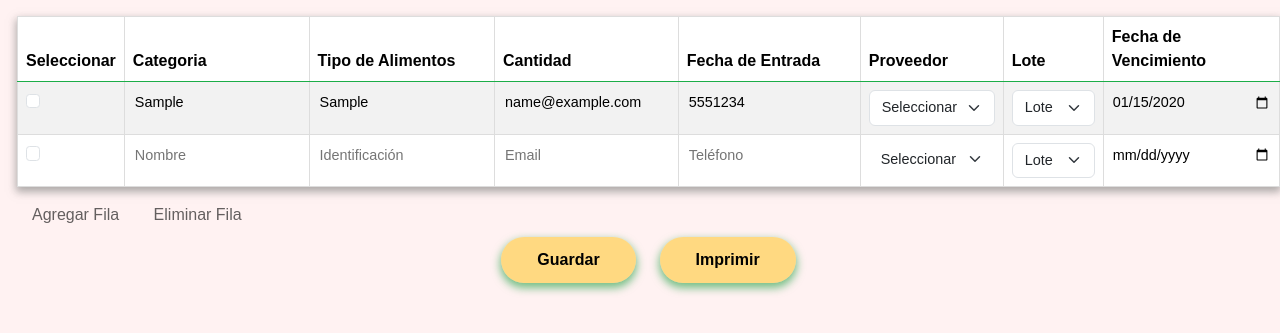
Repository: Mateojimenezz/Granja-Santa-Helena
Page: inventarioDeAlimentos.html
An editor plug-in stored every save of this project. The page is shown before and after the next save, followed by the edit.
The browser window is 1280 px wide. The pictures show the whole page.
Empty fields were first filled with sample values (such as "Sample", 5 or name@example.com).
After loading, the first visible `#addUserButton` was clicked once.
Some web fonts or font styles are not loaded; a fallback is used.

Above is the page before, as saved 2025-04-22 15:18:24.

### inventarioDeAlimentos.html
<!DOCTYPE html>
<html lang="es">
<head>
    <meta charset="UTF-8">
    <meta name="viewport" content="width=device-width, initial-scale=1.0">
    <title>Inventario de Alimentos</title>
    <link href="https://cdn.jsdelivr.net/npm/bootstrap@5.3.3/dist/css/bootstrap.min.css" rel="stylesheet" integrity="sha384-QWTKZyjpPEjISv5WaRU9OFeRpok6YctnYmDr5pNlyT2bRjXh0JMhjY6hW+ALEwIH" crossorigin="anonymous">
     <link rel="stylesheet" href="https://cdn.jsdelivr.net/npm/bootstrap-icons@1.11.3/font/bootstrap-icons.min.css">
     <link rel="stylesheet" href="./assets/css/tablas.css"> <!-- Enlace a tu CSS -->
    <link href="https://fonts.googleapis.com/css2?family=Calistoga&display=swap" rel="stylesheet">
  </head>
<body>
    <main>
        <table class="table table-striped  mt-3 " id="userTable">
          <thead class="table">
            <tr>
              <th>Seleccionar</th> <!-- Nueva columna -->
              <th>Categoria</th>
              <th>Tipo de Alimentos</th>
              <th>Cantidad</th>
              <th>Fecha de Entrada</th>
              <th>Proveedor</th>
              <th>Lote</th>
              <th>Fecha de Vencimiento</th>
            </tr>
          </thead>
          <tbody>
            <tr>
              <td>
                <input type="checkbox" class="form-check-input" />
              </td>
              <td>
                <input type="text" class="input-no-border" placeholder="Juan Pérez" />
              </td>
              <td>
                <input type="text" class="input-no-border" placeholder="12345678" />
              </td>
              <td>
                <input type="email" class="input-no-border" placeholder="juan.perez@mail.com" />
              </td>
              <td>
                <input type="tel" class="input-no-border" placeholder="555-1234" />
              </td>
              <td>
                <!-- Selector proveedores -->
                <select class="form-select">
                  <option selected disabled>Seleccionar</option> <!-- Opción predeterminada -->
                  <option value="Proveedor 1">Proveedor 1</option>
                  <option value="Proveedor 2">Proveedor 2</option>
                  <option value="Proveedor 3">Proveedor 3</option>
                </select>
              </td>
              <td>
                <!-- Selector de Lote -->
                <select class="form-select">
                  <option selected disabled>Lote</option> <!-- Opción predeterminada -->
                  <option value="Lote 1">lote 1</option>
                  <option value="Lote 2">Lote 2</option>
                  <option value="Lote 3">Lote 3</option>
                </select>
              </td>
              <td>
                <input type="date" class="input-no-border" placeholder="555-1234" />
              </td>
            </tr>
            <!-- Más filas aquí -->
          </tbody>
        </table>
        <a id="addUserButton" class=" btn-agregar-usuario mt-3">Agregar Fila</a>
        <a id="deleteUserButton" class=" btn-agregar-usuario mt-3">Eliminar Fila</a>
      </main>

      <footer class="d-flex justify-content-center align-items-center  text-white gap-4">
        <button class="btn ">Guardar</button>
        <button id="printButton" class="btn ">Imprimir</button>
      </footer>

      <script src="https://cdnjs.cloudflare.com/ajax/libs/jspdf/2.4.0/jspdf.umd.min.js"></script>
      <script src="https://cdnjs.cloudflare.com/ajax/libs/jspdf-autotable/3.5.25/jspdf.plugin.autotable.min.js"></script>
      <script src="https://cdn.jsdelivr.net/npm/bootstrap@5.3.3/dist/js/bootstrap.bundle.min.js" integrity="sha384-YvpcrYf0tY3lHB60NNkmXc5s9fDVZLESaAA55NDzOxhy9GkcIdslK1eN7N6jIeHz" crossorigin="anonymous"></script>
      <script src="/assets/js/inventarioDeAlimentos.js"></script> <!--  agregar y eliminar filas en la tabla-->
      <script src="/assets/js/imprimirtabla.js"></script> <!-- imprimir tabla -->

</body>

</html>

### assets/css/tablas.css
@import "./variables.css";
body {
  background-color: var(--color-FondoDiv2);
    font-family: Arial;
    margin-left: 17px;
    padding: 0;
  }


  table {
    width: 100%;
    border-collapse: collapse;
    margin: 0 auto;

  }

  table, th, td {
    border: 1px solid #ddd;
    box-shadow: 0 4px 8px 1px  rgba(120, 122, 120, 0.6) /* Sombra verde */

  }

  th, td {
    padding: 10px;
    text-align: left;
  }

  th {
    border-bottom: 1px solid var(--color-principal);


  }

  .btn {
    background-color: var(  --color-Botones);
    padding: 10px 35px;
    border-radius: 30px;
    color: black;
    font-weight: bold;
    box-shadow: 0 4px 8px 1px  rgba(25, 157, 60, 0.6) /* Sombra verde */
  }
  .btn:hover {
    background-color: #f4cf50; /* Tonalidad más oscura */
    color: black;
  }
  .btn:active {
    background-color:var(--color-principal)!important;
    color: white !important;
    box-shadow: none !important;
  }
  .btn-agregar-usuario {
    text-decoration: none;
    padding: 10px 15px;
    color:var(  --color-TextoMenuLateral);

  }
  .btn-agregar-usuario:hover {
    color:var(--color-principal); /* Cambia el color al pasar el mouse */
    text-decoration: underline; /* Subraya el texto */
  }

  /* Eliminar bordes de los inputs */
  .input-no-border {
    border: none; /* Sin bordes */
    outline: none; /* Sin resalte al enfocarse */
    background-color: transparent; /* Fondo transparente */
    width: 100%; /* Ocupa el ancho disponible */
  }

  /* Ajuste de tablas para diseño responsivo */
  #userTable {
    width: 100%; /* Ancho total de la tabla */
  }

  #userTable input,
  #userTable select {
    font-size: 0.9rem; /* Ajusta el tamaño del texto */
  }


  footer {
    text-align: center;
    padding: 10px;
  }
  @media (max-width: 768px) {
    .fixed-buttons {
      position: fixed;
      bottom: 20px;
      left: 20px;
      z-index: 1000;
    }

    #userTable {
      overflow-x: auto; /* Scroll horizontal en pantallas pequeñas */
      display: block;
    }
  }

  /* Opcional para mejorar el diseño */
  #userTable {
    width: 100%; /* Ocupa todo el ancho del contenedor */
  }

### assets/js/inventarioDeAlimentos.js
 // Función para añadir una nueva fila a la tabla
 const addUserButton = document.getElementById('addUserButton');
 const userTableBody = document.querySelector('#userTable tbody');


 addUserButton.addEventListener('click', function () {
   const newRow = document.createElement('tr');

   newRow.innerHTML = `
     <td>
       <input type="checkbox" class="form-check-input" />
     </td>
     <td>
       <input type="text" class="input-no-border" placeholder="Nombre" />
     </td>
     <td>
       <input type="text" class="input-no-border" placeholder="Identificación" />
     </td>
     <td>
       <input type="email" class="input-no-border" placeholder="Email" />
     </td>
     <td>
       <input type="tel" class="input-no-border" placeholder="Teléfono" />
     </td>
     <td>
       <select class="form-select input-no-border">
         <option selected disabled>Seleccionar</option>
         <option value="Administrador">Administrador</option>
         <option value="Veterinario">Veterinario</option>
         <option value="Operario">Operario</option>
       </select>
     </td>
    <td>
         <select class="form-select">
            <option selected disabled>Lote</option> <!-- Opción predeterminada -->
            <option value="Lote 1">lote 1</option>
            <option value="Lote 2">Lote 2</option>
            <option value="Lote 3">Lote 3</option>
        </select>
    </td>
     <td>
        <input type="date" class="input-no-border" placeholder="555-1234" />
      </td>

   `;

   userTableBody.appendChild(newRow);
 });
 // Función para eliminar la fila seleccionada o la última fila si no hay ninguna seleccionada
 deleteUserButton.addEventListener('click', function () {
    // Buscar filas seleccionadas
    const selectedRows = Array.from(document.querySelectorAll('#userTable tbody tr')).filter(row => {
      const checkbox = row.querySelector('.form-check-input');
      return checkbox && checkbox.checked;
    });

    if (selectedRows.length > 0) {
      // Eliminar las filas seleccionadas
      selectedRows.forEach(row => row.remove());
    } else {
      // Si no hay filas seleccionadas, eliminar la última fila
      const rows = document.querySelectorAll('#userTable tbody tr');
      if (rows.length > 0) {
        rows[rows.length - 1].remove();
      }
    }
  });

  printButton.addEventListener('click', function () {
    // Crear un nuevo documento PDF
    const { jsPDF } = window.jspdf;
    const doc = new jsPDF();

    // Obtener los datos de la tabla
    const table = document.getElementById('userTable');
    doc.autoTable({
      head: [['Seleccionar', 'Nombre', 'Identificación', 'Email', 'Teléfono', 'Rol', 'Asignar Permisos']], // Encabezados
      body: Array.from(table.querySelectorAll('tbody tr')).map(row => {
        return Array.from(row.cells).map(cell => {
          const input = cell.querySelector('input, select');
          return input ? input.value || input.options[input.selectedIndex]?.text : cell.textContent.trim();
        });
      }),
    });

    // Guardar como archivo PDF
    doc.save('tabla_usuarios.pdf'); // Nombre del archivo
  });

### assets/js/imprimirtabla.js
// Este script se encarga de imprimir la tabla de usuarios en formato PDF
  const printButton = document.getElementById('printButton');
  printButton.addEventListener('click', function () {
    // Crear un nuevo documento PDF
    const { jsPDF } = window.jspdf;
    const doc = new jsPDF();

    // Obtener los datos de la tabla
    const table = document.getElementById('userTable');
    doc.autoTable({
      head: [['Seleccionar', 'Nombre', 'Identificación', 'Email', 'Teléfono', 'Rol', 'Asignar Permisos']], // Encabezados
      body: Array.from(table.querySelectorAll('tbody tr')).map(row => {
        return Array.from(row.cells).map(cell => {
          const input = cell.querySelector('input, select');
          return input ? input.value || input.options[input.selectedIndex]?.text : cell.textContent.trim();
        });
      }),
    });

    // Guardar como archivo PDF
    doc.save('tabla_usuarios.pdf'); // Nombre del archivo
  });

### assets/css/variables.css
/* variables.css */
:root {
    --color-principal: #1CAD48 ;
    --color-Botones: rgba(255, 187, 0, 0.47);
    --color-texto: white;
    --color-fondo: #f5f5f5;
    --font-principal: 'calistoga','arial';
    --color-fondoDiv: #F8E91C;
    --color-FondoDiv2:#FFF2F2;
    --color-Footter: #D9D9D9;
    --letra-gris: #B0B0B7;
    --color-menu-lateral:#BDEAAD;
    --color-TextoMenuLateral:#645f5f; /* Color de texto del menú lateral */
    --fondo-formularios:#FFFFFF; /* Color de fondo de los formularios */
  }

After the next save:
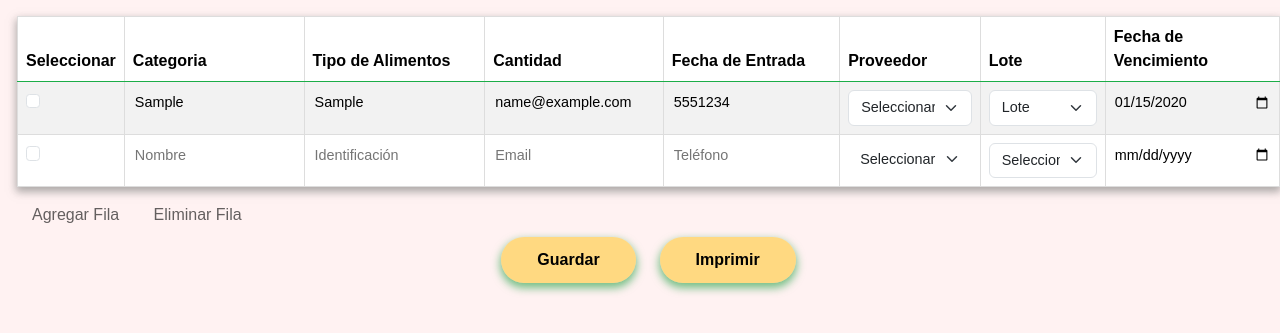
Saved 49 s later.
--- a/assets/js/inventarioDeAlimentos.js
+++ b/assets/js/inventarioDeAlimentos.js
@@ -32,7 +32,7 @@
      </td>
     <td>
          <select class="form-select">
-            <option selected disabled>Lote</option> <!-- Opción predeterminada -->
+            <option selected disabled>Seleccionar</option> <!-- Opción predeterminada -->
             <option value="Lote 1">lote 1</option>
             <option value="Lote 2">Lote 2</option>
             <option value="Lote 3">Lote 3</option>
